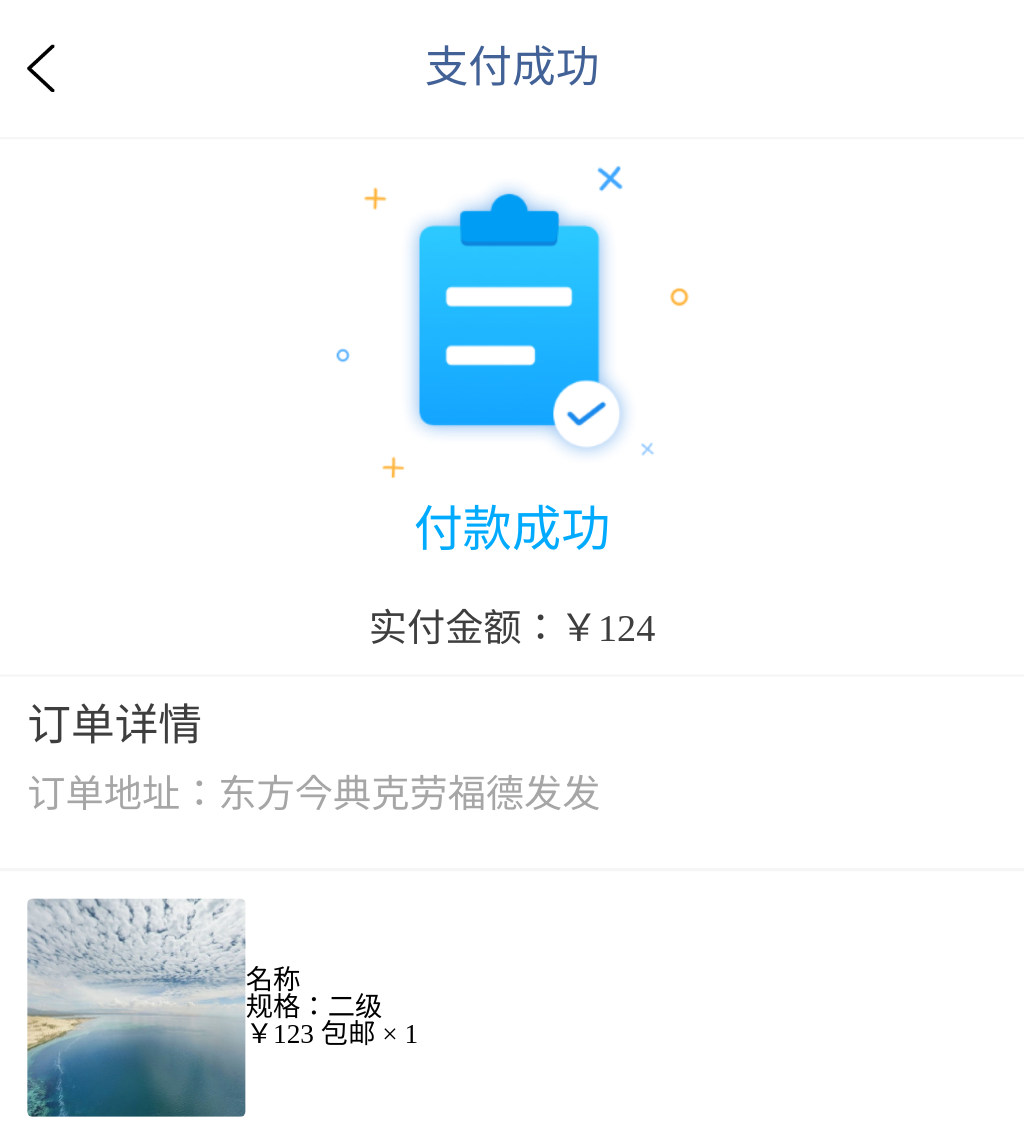
Repository: 421538074/sell
Page: consumer/pay-success.html
The author's editor kept a copy of each file at every save. The page is drawn from the files as they stood at one save, then again after the next save.
The browser window is 1280 px wide. The pictures show the whole page, at 80% of full size.

Above is the page before, as saved 2019-05-31 15:18:41.

### consumer/pay-success.html
<!DOCTYPE html>
<html lang="en">

<head>
    <meta charset="UTF-8">
    <meta name="viewport" content="width=device-width, initial-scale=1.0">
    <meta http-equiv="X-UA-Compatible" content="ie=edge">
    <title>支付成功</title>
    <link rel="stylesheet" href="../css/base.css">
    <link rel="stylesheet" href="css/common.css">
    <link rel="stylesheet" href="css/pay-success.css">
</head>

<body>
    <div id="app" class="content">
        <nav @click="back" class="nav-bar-wrapper">
            <img src="../img/back.png" class="back-icon">
            <p class="nav-bar-title">支付成功</p>
        </nav>
        <div class="order-success-wrapper">
            <img src="../img/order-success.png" class="order-success-icon">
            <p class="order-success-title">付款成功</p>
            <p class="show-actual-money">实付金额：￥124</p>
        </div>
        <div class="order-detail-wrapper">
            <p class="order-detail-title">订单详情</p>
            <p class="order-address">
                订单地址：东方今典克劳福德发发
            </p>
        </div>
        <ul class="order-goods-list-wrapper">
            <li class="order-item">
                <img src="../img/1.jpg" class="goods-icon">
                <div class="goods-detail">
                    <p class="goods-title ellipse">名称</p>
                    <p class="goods-category">规格：二级</p>
                    <p class="goods-price-num">
                        <span class="price">￥123</span>
                        <span class="post">包邮</span>
                        <span class="num">× 1</span>
                    </p>
                </div>
            </li>
        </ul>
    </div>
    <script src="../js/api.js"></script>
    <script src="../js/jquery.min.js"></script>
    <script src="../js/vue.js"></script>
    <script src="js/vue-mixin.js"></script>
</body>

</html>

### css/base.css
/* http://meyerweb.com/eric/tools/css/reset/
   v2.0 | 20110126
   License: none (public domain)
*/

html,
body,
div,
span,
applet,
object,
iframe,
h1,
h2,
h3,
h4,
h5,
h6,
p,
blockquote,
pre,
a,
abbr,
acronym,
address,
big,
cite,
code,
del,
dfn,
em,
img,
ins,
kbd,
q,
s,
samp,
small,
strike,
strong,
sub,
sup,
tt,
var,
b,
u,
i,
center,
dl,
dt,
dd,
ol,
ul,
li,
fieldset,
form,
label,
legend,
table,
caption,
tbody,
tfoot,
thead,
tr,
th,
td,
article,
aside,
canvas,
details,
embed,
figure,
figcaption,
footer,
header,
hgroup,
menu,
nav,
output,
ruby,
section,
summary,
time,
mark,
audio,
video {
    margin: 0;
    padding: 0;
    border: 0;
    font-size: 100%;
    font: inherit;
    vertical-align: baseline;
}

/* HTML5 display-role reset for older browsers */
article,
aside,
details,
figcaption,
figure,
footer,
header,
hgroup,
menu,
nav,
section {
    display: block;
}

body {
    line-height: 1;
}

ol,
ul {
    list-style: none;
}

blockquote,
q {
    quotes: none;
}

blockquote:before,
blockquote:after,
q:before,
q:after {
    content: '';
    content: none;
}

table {
    border-collapse: collapse;
    border-spacing: 0;
}


body,
html {
    font-size: calc(100vw / 37.5) !important;
    font-family: PingFangSC-Medium;
    background: #F2F2F2;
}


[v-cloak] {
    display: none;
}


hr {
    margin: 0;
    padding: 0;
}

.clearfix {
    zoom: 1;
}

.clearfix:after {
    content: ".";
    display: block;
    visibility: hidden;
    height: 0;
    clear: both;
}

[v-cloak] {
    display: none;
}

### consumer/css/common.css
*{
    box-sizing: border-box;
}
html,body{
    background: #f6f6f6;
}
html,body,div.content{
    height: 100%;
}
/*底部菜单栏*/
nav.tool-bar-wrapper {
    height: 5rem;
    background: #ffffff;
    display: flex;
    align-items: center;
    justify-content: space-around;
}
a.nav-item {
    color: #888888;
    text-decoration: none;
    font-size: 1.5rem;
    display: flex;
    flex-direction: column;
    align-items: center;
    justify-content: space-around;
    height: 90%;
}
a.nav-item.active{
    color: #0093FF;
}
img.nav-item-icon{
    width: 1.5rem;
    height: 1.5rem;
}
.ellipsis{
    overflow: hidden;
    white-space: nowrap;
    text-overflow: ellipsis;
}
/*顶部返回栏 */
nav.nav-bar-wrapper {
    background: #FFFFFF;
    height: 5rem;
    display: flex;
    align-items: center;
    justify-content: space-around;
    position: fixed;
    width: 100%;
    top: 0;
    z-index: 2;
    font-size: 1.6rem;
    color: #426196;
}
img.back-icon {
    position: absolute;
    width: 1rem;
    left: 1rem;
}

### consumer/css/pay-success.css
div.content {
    padding-top: 5rem;
}
.order-success-wrapper {
    display: flex;
    align-items: center;
    justify-content: center;
    flex-direction: column;
    padding-top: 1rem;
    background: #FFFFFF;
    margin-top: 0.1rem;
}
img.order-success-icon {
    width: 35%;
    height: auto;
}
p.order-success-title {
    color: #00ABFF;
    font-size: 1.8rem;
    margin: 1rem;
}
p.show-actual-money {
    color: #3E3E3E;
    font-size: 1.4rem;
    margin: 1rem;
}
.order-detail-wrapper {
    margin-top: 0.1rem;
    background: #FFFFFF;
    padding: 1rem;
}
p.order-detail-title {
    color: #3E3E3E;
    font-size: 1.6rem;
}
p.order-address {
    color: #A6A6A6;
    font-size: 1.4rem;
    margin: 1rem 0;
}
ul.order-goods-list-wrapper {
    margin-top: 0.1rem;
    background: #FFFFFF;
}
img.goods-icon {
    width: 8rem;
    height: 8rem;
    border-radius: 0.2rem;
}
li.order-item {
    height: 10rem;
    display: flex;
    align-items: center;
    padding: 1rem;
}

### js/api.js
function getUrlKey(name) {
    return decodeURIComponent((new RegExp('[?|&]' + name + '=' + '([^&;]+?)(&|#|;|$)').exec(location.href) || [, ""])[1].replace(/\+/g, '%20')) || null;
}


// window.warn = {
//     alert: function alert(msg) {
//         var template = `
// `
//         $('body').append(template);
//         $('.alert-body').animate({
//             top: "40px"
//         }, 200);
//         // setTimeout(function () {
//         //     warn.close();
//         // }, 1500);
//     },
//     close: function close() {
//         $('.alert-body').animate({
//             top: "-280px"
//         }, 200);
//         setTimeout(function () {
//             $('#alert-msg').remove();
//         }, 200);
//     }
// };

### consumer/js/vue-mixin.js
Vue.mixin({
    methods: {
        /**
         * 返回
         */
        back() {
            history.go(-1);
        },
        /**
         * 限制长度
         * @param {String} 要限制长度的字段
         * @param {Number} 长度
         */
        limitLength(key, length) {
            this[key] = this[key].substring(0, length);
        },
        /**
         * 验证11位手机号
         * @param {Number} phone
         */
        validatePhone(phone) {
            const phoneReg = /^[1-9][0-9]{9}[0-9]$/;
            return phoneReg.test(phone);
        },
        /**
         * 发送手机验证码
         * @param {Number} waitTimeKey 等待时间键名
         * @param {String} tipsKey 发送验证码显示的信息的键名
         * @param {String} phoneKey 手机号键名
         * @param {String} reSendMsg  按钮默认显示的文字
         */
        sendCode(waitTimeKey, tipsKey, phoneKey, defaultMsg) {
            if (!this.validatePhone(this[phoneKey])) {
                alert('无效手机号!');
                return;
            }
            if (this[waitTimeKey] == 60) {
                $.post('', {
                        phone: this[phoneKey]
                    }, (res) => {
                        if (res.status == 1) {
                            const interval = setInterval(() => {
                                if (this[waitTimeKey] == 1) {
                                    this[waitTimeKey] = 60;
                                    this[tipsKey] = defaultMsg;
                                    clearInterval(interval);
                                    return;
                                }
                                this[waitTimeKey] -= 1;
                                this[tipsKey] = `${this[waitTimeKey]}s`;
                            }, 1000);
                        } else {
                            alert('发送失败!');
                        }
                    }, 'json')
                    .fail(err => {
                        alert('服务器异常!');
                    });
            }
        },
        /**
         * 链接跳转
         * @param {String} url
         */
        linkTo(url) {
            window.location.href = url;
        }
    },
    filters: {

    }
})

Loaded but not shown: js/jquery.min.js (library); js/vue.js (library)

After the next save:
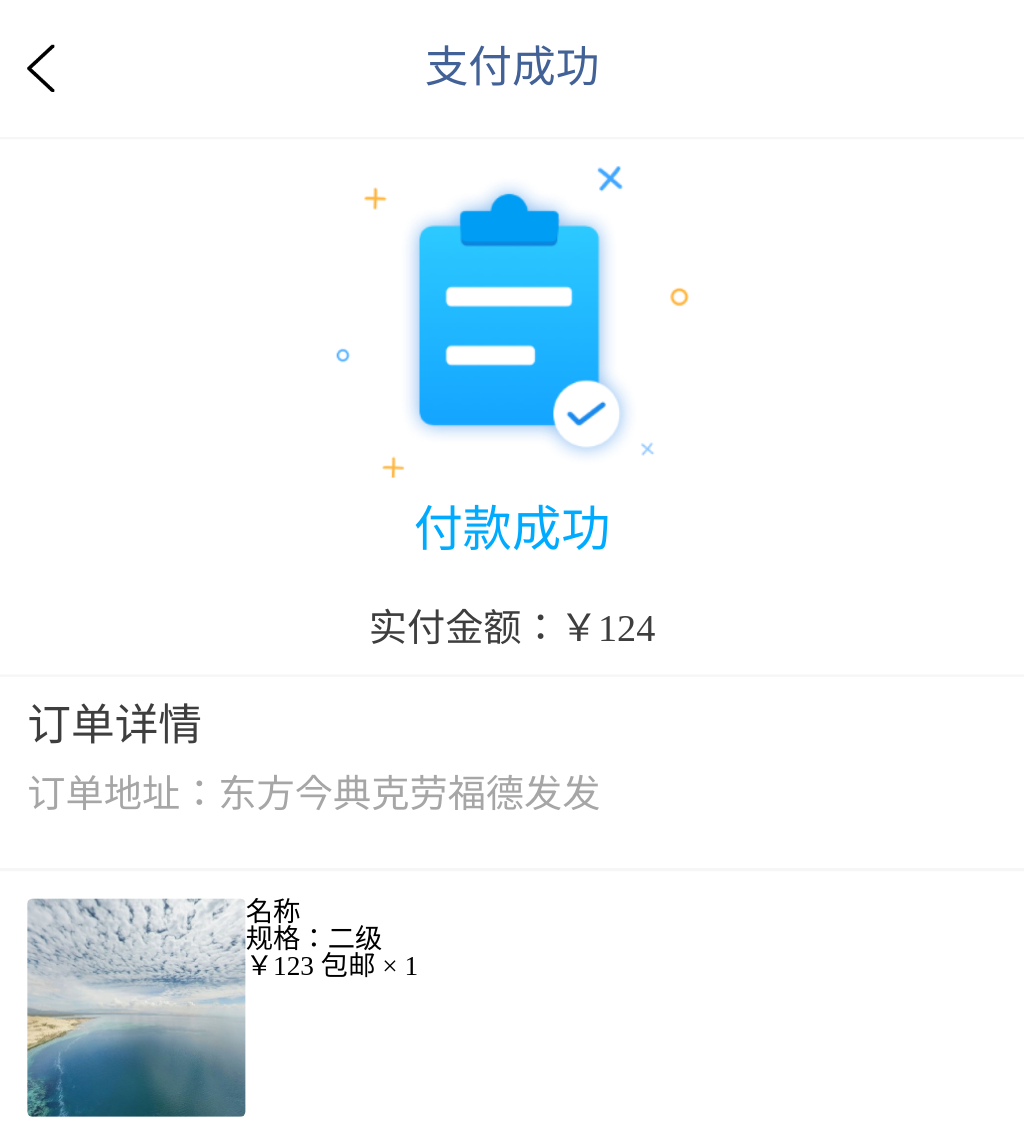
Saved 22 s later.
--- a/consumer/css/pay-success.css
+++ b/consumer/css/pay-success.css
@@ -53,3 +53,7 @@ li.order-item {
     align-items: center;
     padding: 1rem;
 }
+.goods-detail {
+    height: 100%;
+    flex: 1;
+}
